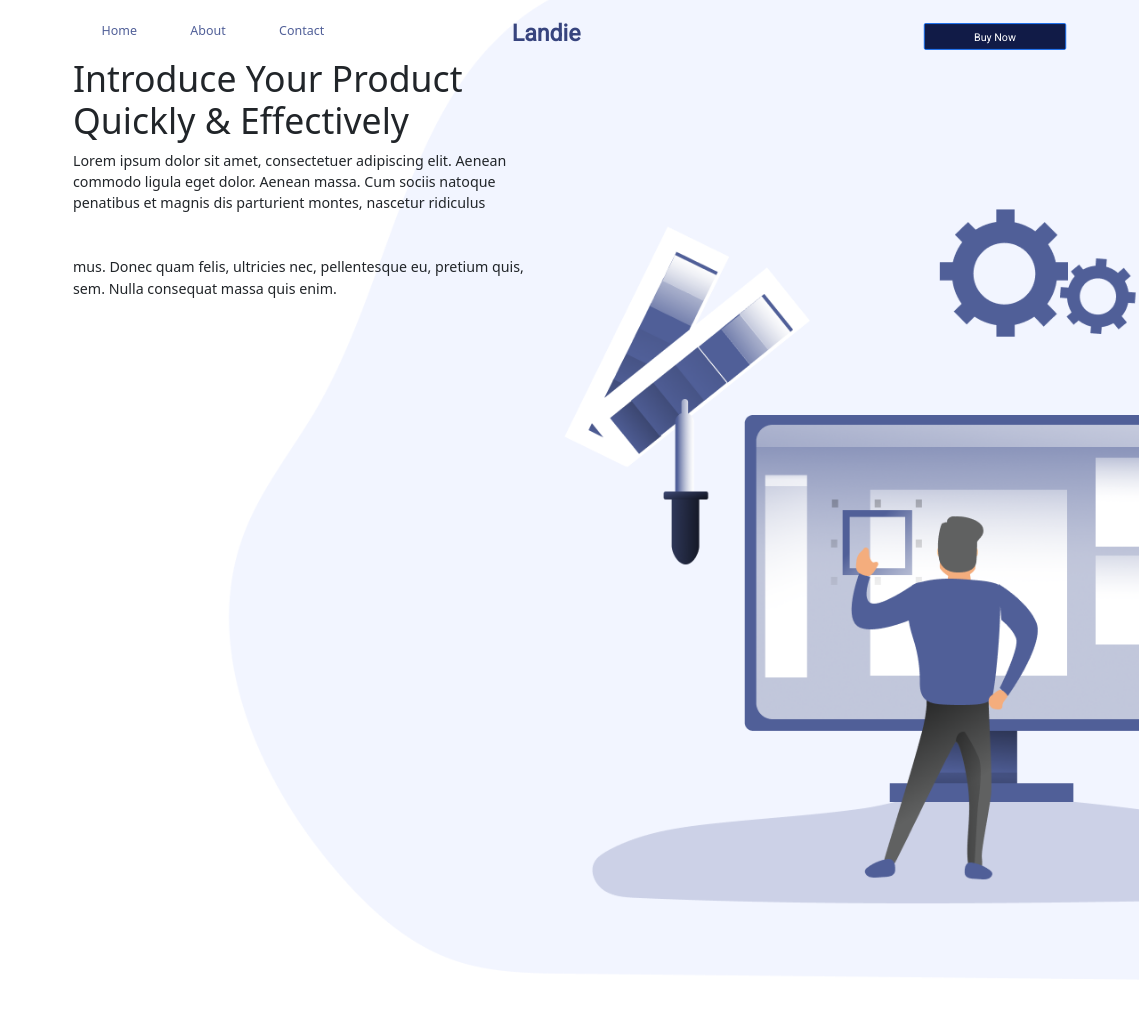
Repository: batonAnton/HW-Lec12-sass-pug
Page: index.html
These files come from the project's save history. The page is drawn as it stood at one moment and after the next save; the edit follows.
The browser window is 1280 px wide. The pictures show the whole page, at 89% of full size.
The style sheet was rebuilt from its Sass, Less or Tailwind sources for each picture, by a compiler version that may differ from the author's.

Above is the page before, as saved 2022-07-29 15:53:19.

After the next save:
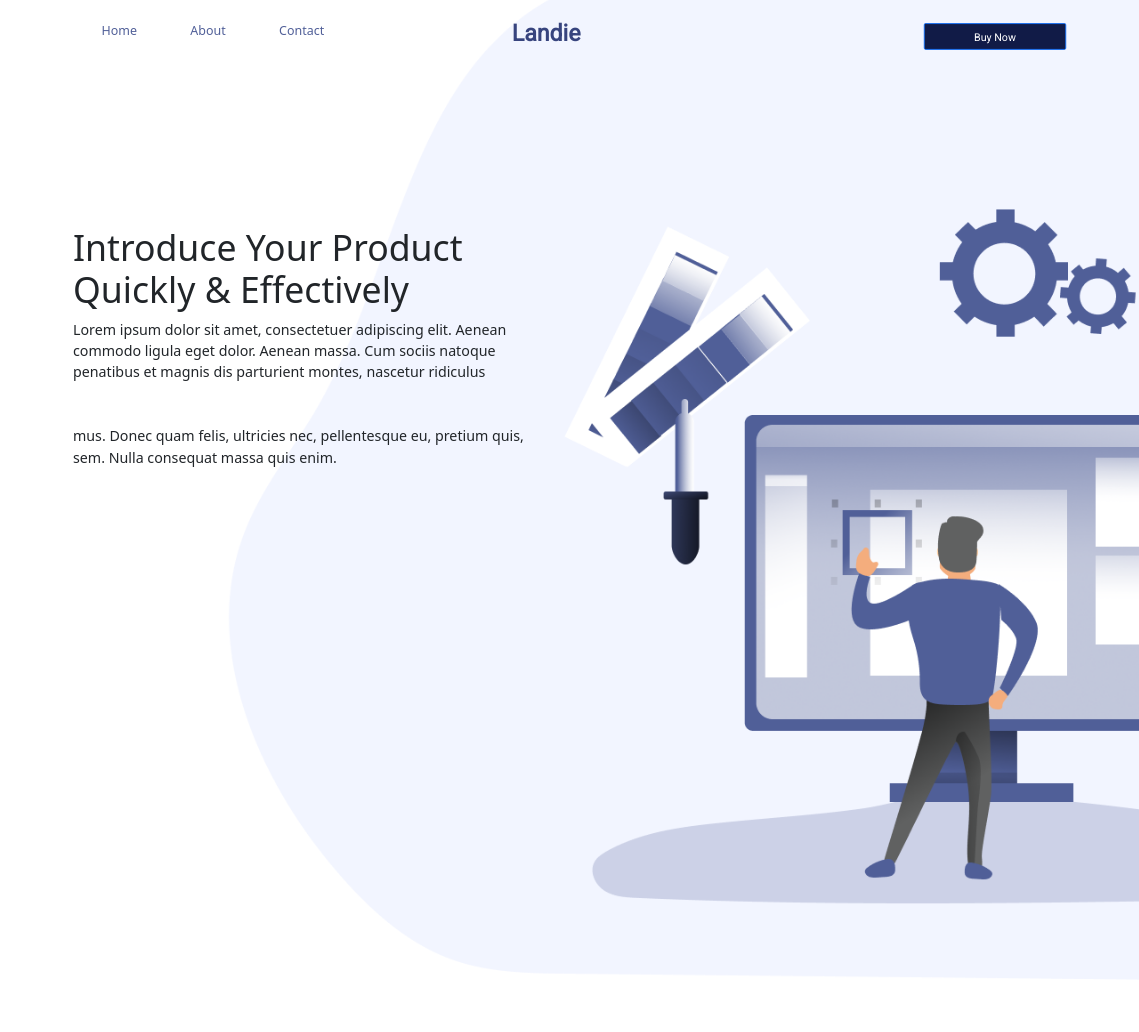
Saved 3 min 1 s later.
--- a/css/style.scss
+++ b/css/style.scss
@@ -68,4 +68,8 @@ header {
 
     }
   }
+//   left-block header
+  .leftBlock{
+      margin-top: 190px;
+  }
 }
